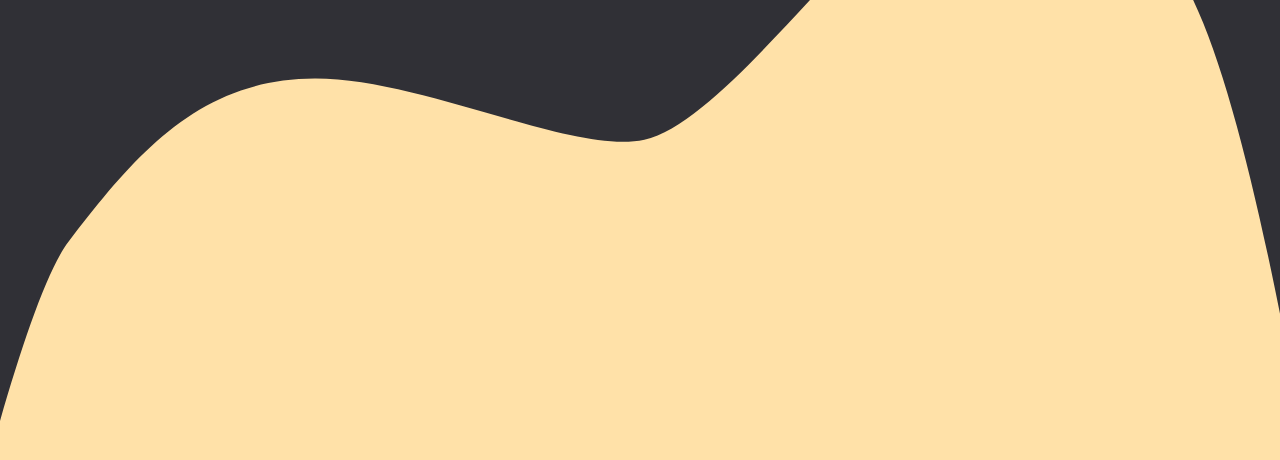
Repository: zhangolivia7/rot-recovery
Page: /
The author's editor kept a copy of each file at every save. The page is drawn from the files as they stood at one save, then again after the next save.
The browser window is 1280 px wide. The pictures show the whole page.
The project was rebuilt for these pictures with package versions that can differ from the ones it lists, and the page was loaded fresh each time. The framework's server and built-in components were replaced by stand-ins that run in the browser. Also part of the build but not shown: next.config.ts.

Above is the page before, as saved 2025-03-26 14:31:30.

After the next save:
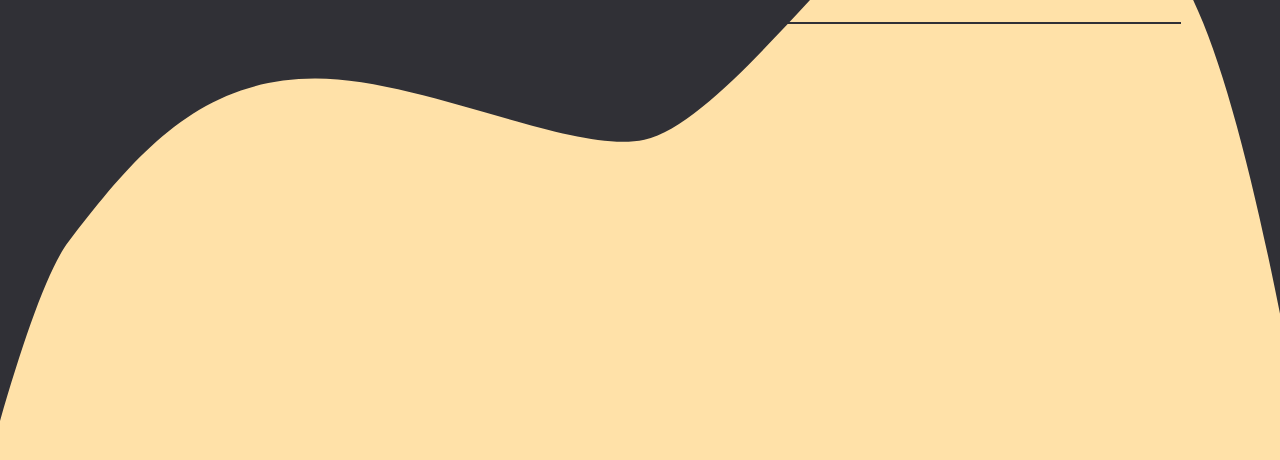
Saved 6 s later.
--- a/src/app/globals.css
+++ b/src/app/globals.css
@@ -71,5 +71,5 @@
 
 #s1 h1 {
   position: absolute;
-  margin-left: auto;
+  margin-left: 50%;
 }

After the save that followed:
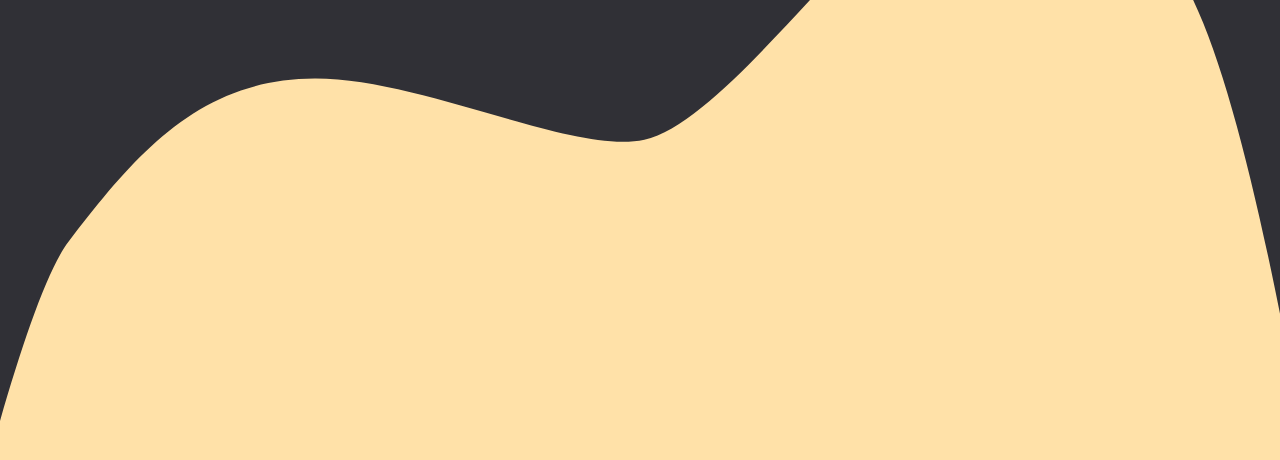
Saved 32 s later.
--- a/src/app/globals.css
+++ b/src/app/globals.css
@@ -71,5 +71,6 @@
 
 #s1 h1 {
   position: absolute;
-  margin-left: 50%;
+  width: 50%;
+  margin: auto;
 }
